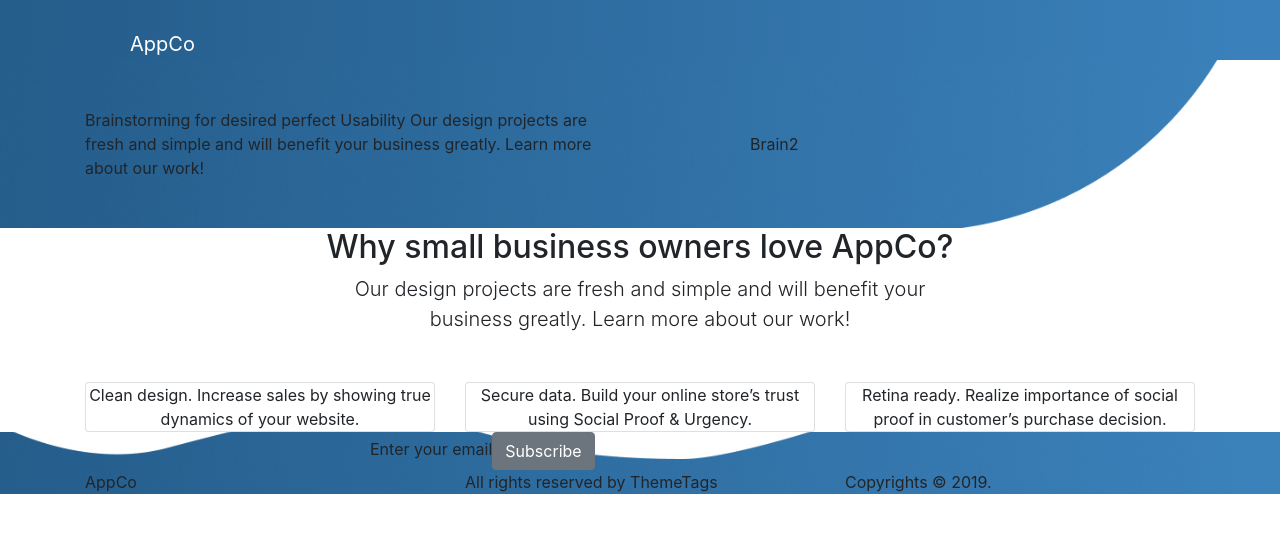
Repository: andbilous/user-statistics-app
Page: /
These files come from the project's save history. The page is drawn as it stood at one moment and after the next save; the edit follows.
The browser window is 1280 px wide. The pictures show the whole page.
The project was rebuilt for these pictures with package versions that can differ from the ones it lists, and the page was loaded fresh each time.

Above is the page before, as saved 2020-06-19 15:19:12.

After the next save:
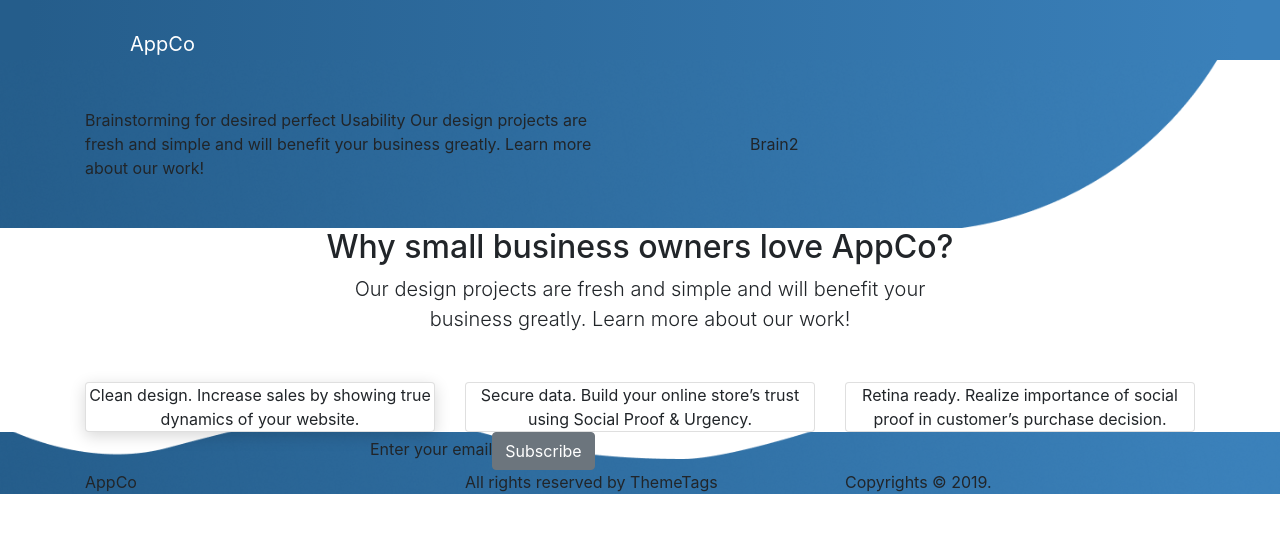
Saved 11 s later.
--- a/src/components/reasons/index.js
+++ b/src/components/reasons/index.js
@@ -19,7 +19,7 @@ const Reasons = () => {
           </Row>
           <Row className="justify-content-center">
             <Col className='col-lg-4 col-md'>
-              <Card className='text-center'>
+              <Card className='text-center card-block'>
                 Clean design.
                 Increase sales by showing true dynamics of your website.
               </Card>
